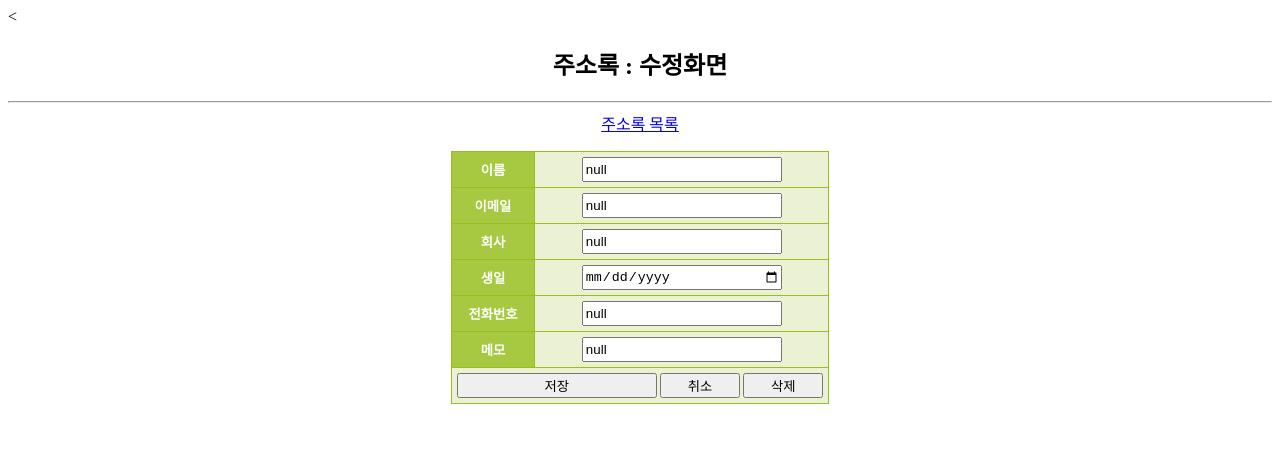
Repository: BeigeBear/TEST
Page: http://localhost/Addrbook/WebContents/addrbook_edit_form.jsp
These files come from the project's save history. The page is drawn as it stood at one moment and after the next save; the edit follows.
The browser window is 1280 px wide. The pictures show the whole page.
The page is served by Tomcat 9. Nobody is signed in. The application's start-up code is not run. Other server files are loaded and not shown.

Above is the page before, as saved 2022-12-06 08:13:06.

### Addrbook/WebContents/addrbook_edit_form.jsp
<%@ page language="java" contentType="text/html; charset=UTF-8"
    pageEncoding="UTF-8"
    errorPage="addrbook_error.jsp"
    import="com.addrbook.model.*, java.util.*" %>

<jsp:useBean id="addr" scope="request" class="com.addrbook.model.AddrDto" />
<

<!DOCTYPE html>
<html>
<head>

	<script>
		function delcheck(){
			result = confirm("정말로 삭제하시겠습니까?");

			if(result){
				document.form1.action.value="delete";
				document.form1.submit();
			}
			else {
				return;
			}
		}
	</script>
	<meta charset="UTF-8">
	<link rel="stylesheet" href="addrbook.css" type="text/css" media="screen"/>
</head>

<title>주소록 : 수정화면</title>

<body>
<div align ="center">
	<h2>주소록 : 수정화면</h2>
	<hr>
	<a href = /Addrbook/list.do >주소록 목록</a><p>
	<form name = form1
		method = post
		action = /Addrbook/update.do >

	<input type=hidden name="id" value="<%=addr.getId()%>">

	<table border="1">
		<tr>
		<th>이름</th>
		<td><input type="text" name = "name" value="<%=addr.getName() %>" ></td>
		</tr>

		<tr>
		<th>이메일</th>
		<td><input type="text" name = "email" value="<%=addr.getEmail() %>" ></td>
		</tr>

		<tr>
		<th>회사</th>
		<td><input type="text" name = "comdept" value="<%=addr.getComdept() %>"></td>
		</tr>

		<tr>
		<th>생일</th>
		<td><input type="date" name = "birth" value="<%=addr.getBirth() %>"></td>
		</tr>

		<tr>
		<th>전화번호</th>
		<td><input type="text" name = "tel" value="<%=addr.getTel() %>"></td>
		</tr>

		<tr>
		<th>메모</th>
		<td><input type="text" name = "memo" value="<%=addr.getMemo() %>"></td>
		</tr>

		<tr>
		<td colspan=2 align=center>
		<input type ="submit" value ="저장">
		<input type ="reset"  value ="취소">
		<input type ="button" value ="삭제" onClick="delcheck()"></td>
		</tr>

	</table>


	</form>





</div>
</body>

</html>

### Addrbook/src/main/java/com/addrbook/model/AddrDto.java
package com.addrbook.model;

public class AddrDto {

	// 멤버 변수 선언
	private int id;
	private String name;
	private String email;
	private String tel;
	private String birth;
	private String comdept;
	private String memo;

	public AddrDto() {
	}

	public AddrDto(int id, String name, String email, String comdept, String birth, String tel, String memo) {
		this.id = id;
		this.name = name;
		this.email = email;
		this.comdept = comdept;
		this.birth = birth;
		this.tel = tel;
		this.memo = memo;
	}

	public int getId() {
		return id;
	}

	public void setId(int id) {
		this.id = id;
	}

	public String getName() {
		return name;
	}

	public void setName(String name) {
		this.name = name;
	}

	public String getEmail() {
		return email;
	}

	public void setEmail(String email) {
		this.email = email;
	}

	public String getTel() {
		return tel;
	}

	public void setTel(String tel) {
		this.tel = tel;
	}

	public String getBirth() {
		return birth;
	}

	public void setBirth(String birth) {
		this.birth = birth;
	}

	public String getComdept() {
		return comdept;
	}

	public void setComdept(String comdept) {
		this.comdept = comdept;
	}

	public String getMemo() {
		return memo;
	}

	public void setMemo(String memo) {
		this.memo = memo;
	}

}

### Addrbook/WebContents/addrbook.css
@charset "UTF-8";

table{
    width :auto;
    border-collapse: collapse;
    text-align: center;
}


td, th{
    font-size: 10pt;
    border: 1px solid #98bf21;
    height: 30px;
    padding: 5px;
}

th{
    background-color: #a7c942;
    color: #ffffff;
    font-family: Georgia;
}


tr td{
    color: #000;
    background-color: #eaf2d3;
}

input{
    height: 25px;
    width: 200px;
}
input [type="submit"], [type="reset"], [type="button"]{
    height: 25px;
    width: 80px;
}

After the next save:
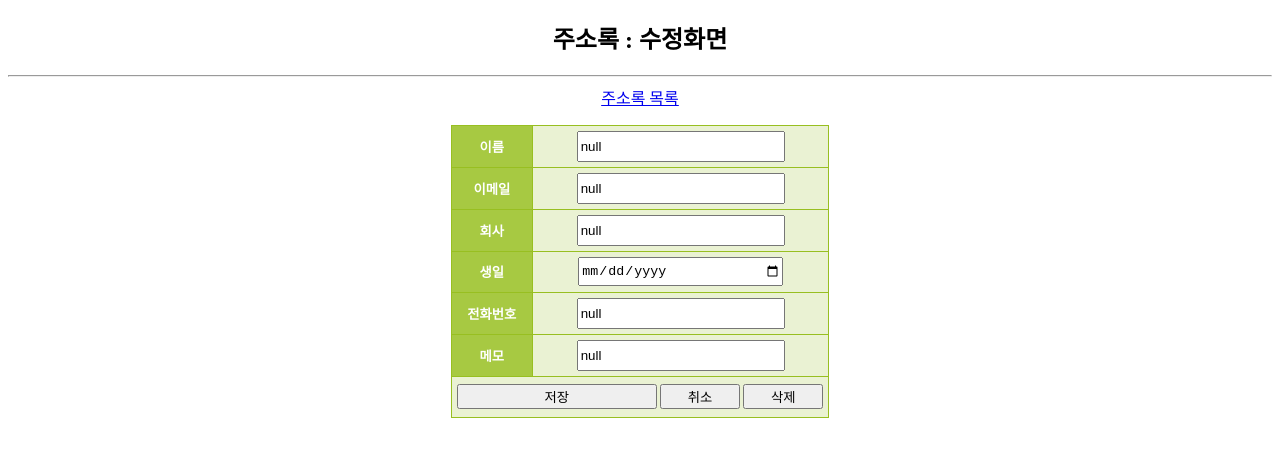
Saved 10 s later.
--- a/Addrbook/WebContents/addrbook_edit_form.jsp
+++ b/Addrbook/WebContents/addrbook_edit_form.jsp
@@ -4,7 +4,7 @@
     import="com.addrbook.model.*, java.util.*" %>
 
 <jsp:useBean id="addr" scope="request" class="com.addrbook.model.AddrDto" />
-<
+
 
 <!DOCTYPE html>
 <html>
